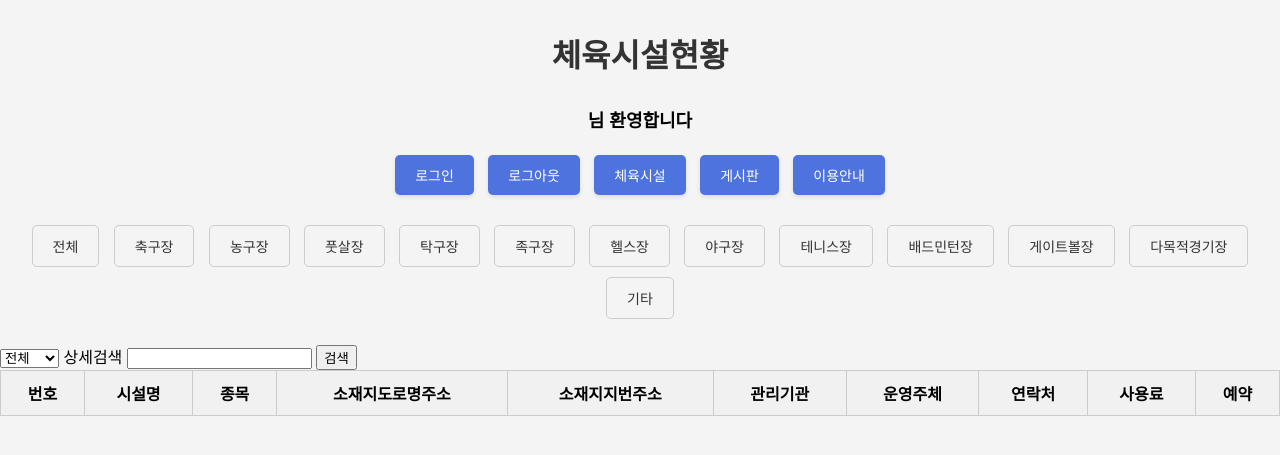
Repository: shinyunseok/portfolio1
Page: http://localhost/portfolio/WEB-INF/sport/getSportList.jsp
An editor plug-in stored every save of this project. The page is shown before and after the next save, followed by the edit.
The browser window is 1280 px wide. The pictures show the whole page.
The page is served by Tomcat 10. Nobody is signed in. The template is opened directly, without the code that normally fills it, so the values that code supplies are empty.

Above is the page before, as saved 2023-05-26 02:56:15.

After the next save:
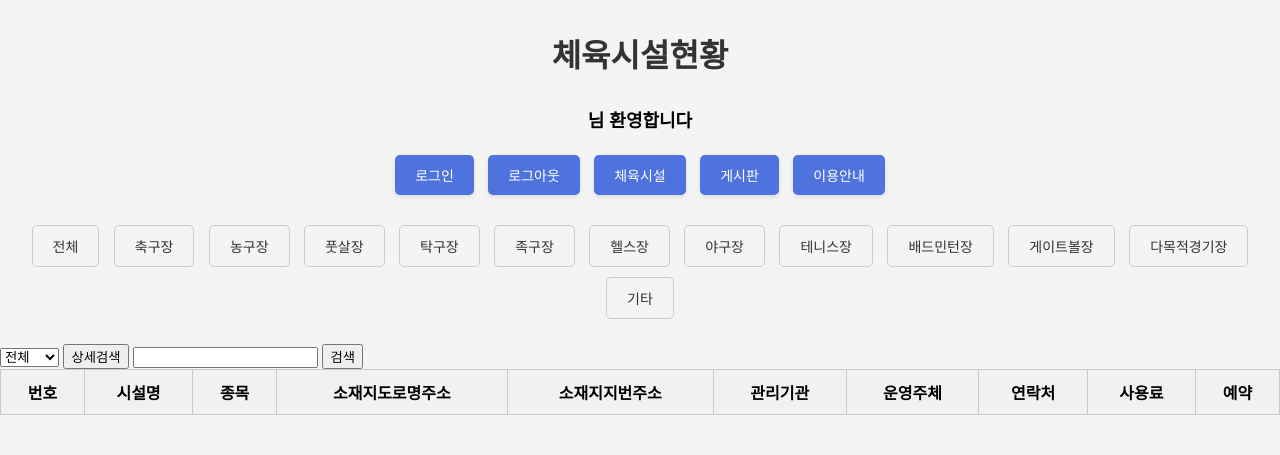
Saved 52 s later.
--- a/portfolio/src/main/webapp/WEB-INF/sport/getSportList.jsp
+++ b/portfolio/src/main/webapp/WEB-INF/sport/getSportList.jsp
@@ -170,7 +170,7 @@
 		<option>시설명</option>
 		<option>지역</option>
 	</select>
-	<a>상세검색</a>
+	<button>상세검색</button>
 
 	<input type="text" required="검색어를 입력하세요"> <button type="submit">검색</button>
 	</form>
